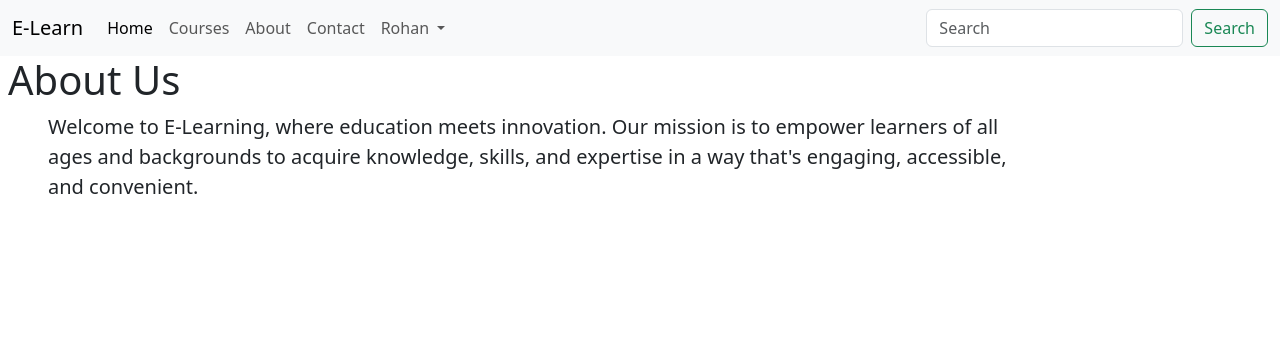
Repository: syni18/bootstrap_elarn
Page: About.html
The author's editor kept a copy of each file at every save. The page is drawn from the files as they stood at one save, then again after a run of saves.
The browser window is 1280 px wide. The pictures show the whole page.

Above is the page before, as saved 2023-10-25 23:06:46.

### About.html
<!doctype html>
<html lang="en">
  <head>
    <meta charset="utf-8">
    <meta name="viewport" content="width=device-width, initial-scale=1">
    <title>E-Learning</title>
    <link href="https://cdn.jsdelivr.net/npm/bootstrap@5.3.2/dist/css/bootstrap.min.css" rel="stylesheet" integrity="sha384-T3c6CoIi6uLrA9TneNEoa7RxnatzjcDSCmG1MXxSR1GAsXEV/Dwwykc2MPK8M2HN" crossorigin="anonymous">
  </head>
  <body>
    <nav class="navbar navbar-expand-lg bg-body-tertiary">
  <div class="container-fluid">
    <a class="navbar-brand" href="#">E-Learn</a>
    <button class="navbar-toggler" type="button" data-bs-toggle="collapse" data-bs-target="#navbarSupportedContent" aria-controls="navbarSupportedContent" aria-expanded="false" aria-label="Toggle navigation">
      <span class="navbar-toggler-icon"></span>
    </button>
    <div class="collapse navbar-collapse" id="navbarSupportedContent">
      <ul class="navbar-nav me-auto mb-2 mb-lg-0">
        <li class="nav-item">
          <a class="nav-link active" aria-current="page" href="#">Home</a>
        </li>
        <li class="nav-item">
          <a class="nav-link" href="#">Courses</a>
        </li>
        <li class="nav-item">
          <a class="nav-link" href="#">About</a>
        </li>
        <li class="nav-item">
          <a class="nav-link" href="#">Contact</a>
        </li>
        <li class="nav-item dropdown">
          <a class="nav-link dropdown-toggle" href="#" role="button" data-bs-toggle="dropdown" aria-expanded="false">
            Rohan
          </a>
          <ul class="dropdown-menu">
            <li><a class="dropdown-item" href="#">My Profile</a></li>
            <li><a class="dropdown-item" href="#">My Courses</a></li>
            <li><hr class="dropdown-divider"></li>
            <li><a class="dropdown-item" href="#">Log Out</a></li>
          </ul>
        </li>
      </ul>
      <form class="d-flex" role="search">
        <input class="form-control me-2" type="search" placeholder="Search" aria-label="Search">
        <button class="btn btn-outline-success" type="submit">Search</button>
      </form>
    </div>
  </div>
</nav>
<div>
    <h6 class="display-6 ms-2">About Us</h6>
    <p class="w-75 ms-5 fs-5">Welcome to E-Learning, where education meets innovation. Our mission is to empower learners of all ages and backgrounds to acquire knowledge, skills, and expertise in a way that's engaging, accessible, and convenient.</p>
</div>
    <script src="https://cdn.jsdelivr.net/npm/bootstrap@5.3.2/dist/js/bootstrap.bundle.min.js" integrity="sha384-C6RzsynM9kWDrMNeT87bh95OGNyZPhcTNXj1NW7RuBCsyN/o0jlpcV8Qyq46cDfL" crossorigin="anonymous"></script>
  </body>
</html>

After the next 4 saves:
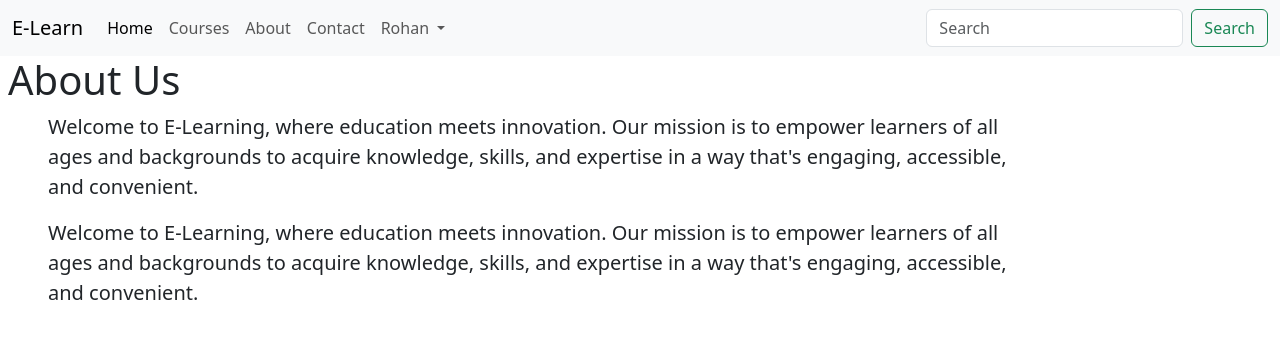
The 4 saves are shown as one change because they came seconds apart.
The last was saved 37 s later.
--- a/About.html
+++ b/About.html
@@ -50,6 +50,10 @@
     <h6 class="display-6 ms-2">About Us</h6>
     <p class="w-75 ms-5 fs-5">Welcome to E-Learning, where education meets innovation. Our mission is to empower learners of all ages and backgrounds to acquire knowledge, skills, and expertise in a way that's engaging, accessible, and convenient.</p>
 </div>
+<div>
+    <h6 class="display-6 ms-2"></h6>
+    <p class="w-75 ms-5 fs-5">Welcome to E-Learning, where education meets innovation. Our mission is to empower learners of all ages and backgrounds to acquire knowledge, skills, and expertise in a way that's engaging, accessible, and convenient.</p>
+</div>
     <script src="https://cdn.jsdelivr.net/npm/bootstrap@5.3.2/dist/js/bootstrap.bundle.min.js" integrity="sha384-C6RzsynM9kWDrMNeT87bh95OGNyZPhcTNXj1NW7RuBCsyN/o0jlpcV8Qyq46cDfL" crossorigin="anonymous"></script>
   </body>
 </html>
